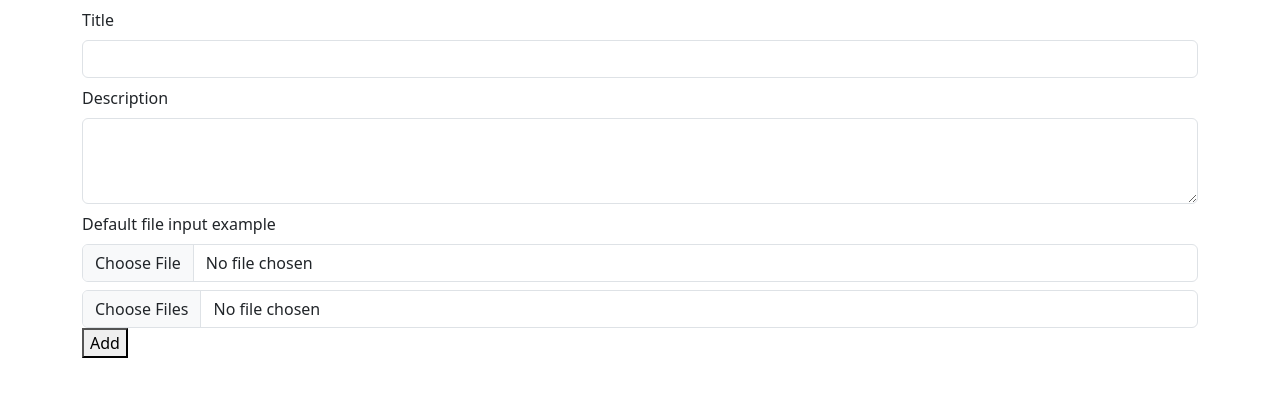
Repository: wasimalbokae2000/blogs
Page: http://localhost/posts/create
An editor plug-in stored every save of this project. The page is shown before and after the next save, followed by the edit.
The browser window is 1280 px wide. The pictures show the whole page.
The page is served by the project's Laravel application, run on PHP 8.4 with Laravel 12. Other server files are loaded and not shown.

Above is the page before, as saved 2024-11-27 23:18:43.

### routes/web.php
<?php

use Illuminate\Support\Facades\Route;
use App\Http\Controllers\PostController;
Route::get('/', function () {
    return view('welcome');
});

Route::get('/posts', [PostController::class, "index"])->name("posts");
Route::get('/posts/create', [PostController::class, "create"] )->name("posts.create");
Route::POST('/posts/store', [PostController::class, "store"] )->name("posts.store");
Route::get('/posts/show/id={id?}', [PostController::class, "show"] )->name("posts.show");
Route::get('/posts/edit/id={id?}', [PostController::class, "edit"] )->name("posts.edit");
Route::POST('/posts/update/id={id?}', [PostController::class, "update"] )->name("posts.update");
Route::get('/posts/delete/id={id?}', [PostController::class, "destroy"] )->name("posts.delete");

### app/Http/Controllers/PostController.php
<?php

namespace App\Http\Controllers;

use App\Models\Post;
use Illuminate\Http\Request;

class PostController extends Controller
{
    /**
     * Display a listing of the resource.
     */
    public function index()
    {
        $posts=Post::all();
        return view("posts.index",compact("posts"));
    }

    /**
     * Show the form for creating a new resource.
     */
    public function create()
    {
        return view("posts.create");
    }

    /**
     * Store a newly created resource in storage.
     */
    public function store(Request $request)
    {

        $arr_images=array();
        if($images=$request->file("image"))
        {
            foreach($images as $image)
            {
                $imgName=$image->getClientOriginalName() . '-'. uniqid() . '.'.$image->getClientOriginalExtension();
                $arr_images[]=$imgName;
                 $image->move(public_path("/images"),$imgName);
            }
            // $imgName=$request->file("image")->getClientOriginalName() . '-'. uniqid() . '.'.$request->file("image")->getClientOriginalExtension();
        }
        $p=Post::create([
            "title"=>$request->title,
            "description"=>$request->description,
            "image"=>implode('|',$arr_images)
            ]);
        if($p)
        return redirect()->route('posts');
        return view("posts.index");
    }

    /**
     * Display the specified resource.
     */
    public function show($id)
    {
        $post=Post::find($id);
        return view("posts.show",compact("post"));
    }
    public function showForEdit($id)
    {

    }

    /**
     * Show the form for editing the specified resource.
     */
    public function edit($id)
    {
        $post=Post::find($id);
        return view("posts.edit",compact("post"));
    }

    /**
     * Update the specified resource in storage.
     */
    public function update(Request $request, $id)
    {
        $post=POST::find($id);
        $post->title=$request->title;
        $post->description=$request->description;
        if($request->hasFile("image"))
        {
            $imgName=$request->file("image")->getClientOriginalName() . '-'. uniqid() . '.'.$request->file("image")->getClientOriginalExtension();
           $request->file("image")->move(public_path("/images"),$imgName);
           $post->image=$imgName;
        }
        $post->save();
        return redirect()->route('posts');
    }

    /**
     * Remove the specified resource from storage.
     */
    public function destroy($id)
    {
        $post = Post::find($id);
        $post->delete();
        return redirect()->route('posts');
    }
}

### resources/views/posts/create.blade.php
<link href="https://cdn.jsdelivr.net/npm/bootstrap@5.3.3/dist/css/bootstrap.min.css" rel="stylesheet" integrity="sha384-QWTKZyjpPEjISv5WaRU9OFeRpok6YctnYmDr5pNlyT2bRjXh0JMhjY6hW+ALEwIH" crossorigin="anonymous">

<div class="container">
    <form action="{{ route("posts.store") }}" enctype="multipart/form-data" method="POST">
        @method("POST")
        @csrf
        <div class="mt-2 mb-2">
            <label for="title" class="form-label">Title</label>
            <input  class="form-control" id="title" >
        </div>
        <div class="mt-2 mb-2">
            <label for="description" class="form-label">Description</label>
            <textarea class="form-control" id="description" rows="3"></textarea>
        </div>
        <div class="mt-2 mb-2">
            <label for="image" class="form-label">Default file input example</label>
            <input class="form-control" type="file" id="formFile">
        </div>
        <input class="form-control" type="file" id="image" name="image[]" multiple>
        <button type="submit">Add</button>
    </form>
</div>

<script src="https://cdn.jsdelivr.net/npm/bootstrap@5.3.3/dist/js/bootstrap.bundle.min.js" integrity="sha384-YvpcrYf0tY3lHB60NNkmXc5s9fDVZLESaAA55NDzOxhy9GkcIdslK1eN7N6jIeHz" crossorigin="anonymous"></script>

Loaded but not shown: app/Http/Controllers/Controller.php (common file)

After the next save:
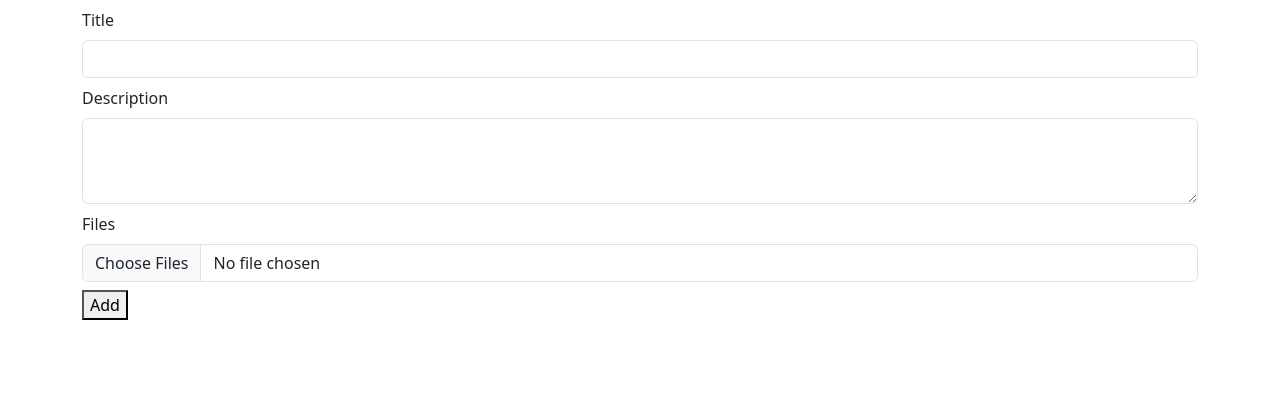
Saved 30 s later.
--- a/resources/views/posts/create.blade.php
+++ b/resources/views/posts/create.blade.php
@@ -13,10 +13,9 @@
             <textarea class="form-control" id="description" rows="3"></textarea>
         </div>
         <div class="mt-2 mb-2">
-            <label for="image" class="form-label">Default file input example</label>
-            <input class="form-control" type="file" id="formFile">
+            <label for="image" class="form-label">Files</label>
+            <input class="form-control" type="file" id="image" id="image" name="image[]" multiple>
         </div>
-        <input class="form-control" type="file" id="image" name="image[]" multiple>
         <button type="submit">Add</button>
     </form>
 </div>
